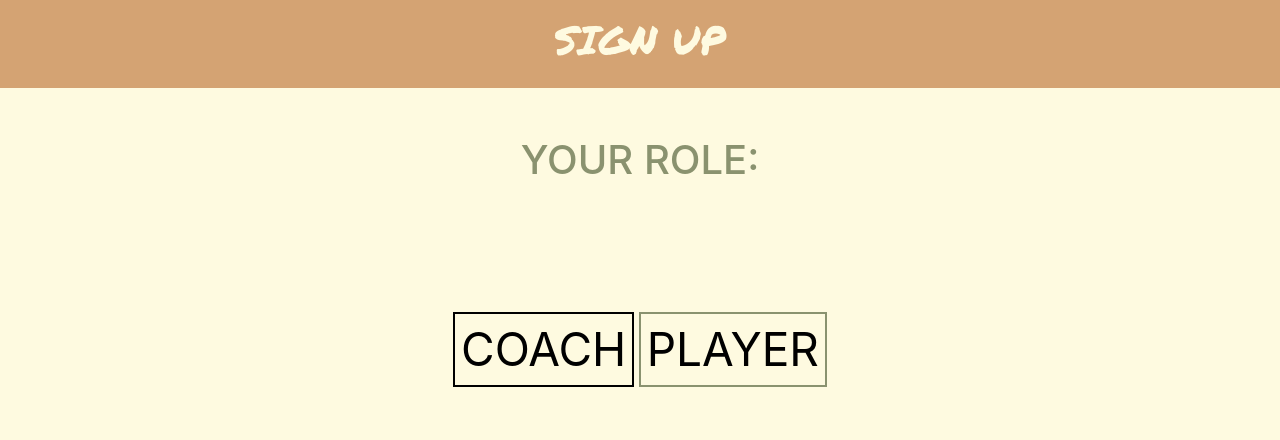
Repository: Aryaholmukhe/treasureHacks
Page: http://localhost/signup
These files come from the project's save history. The page is drawn as it stood at one moment and after a run of saves; the edit follows.
The browser window is 1280 px wide. The pictures show the whole page.
The page is served by the project's Node server (server.js).

Above is the page before, as saved 2022-03-27 00:31:59.

After the next 3 saves:
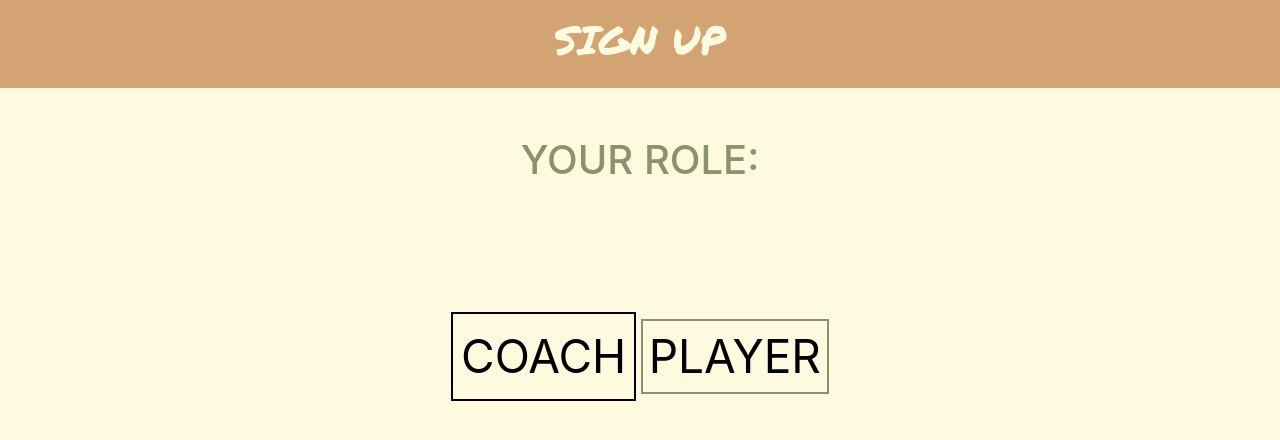
The 3 saves are shown as one change because they came seconds apart.
The last was saved 21 s later.
--- a/views/signup/signup.ejs
+++ b/views/signup/signup.ejs
@@ -20,7 +20,7 @@
     <h1 class="text-center mt-5" style="color: #8A926F">YOUR ROLE:</h1>
 
     <div class="text-center" style="margin-top: 10%">
-    <a href="./coach" ><button class="""" style="font-size: 46px; border: 2px solid ; background-color: transparent;" name="coach">COACH</button></a>
+    <a href="./coach" ><button class="pl-2 pr-2 pt-2 pb-2" style="font-size: 46px; border: 2px solid ; background-color: transparent;" name="coach">COACH</button></a>
     <a  href="./player"><button style="font-size: 46px; border: 2px solid #8A926F; background-color: transparent" name="player">PLAYER</button></a>
     </div>
 
